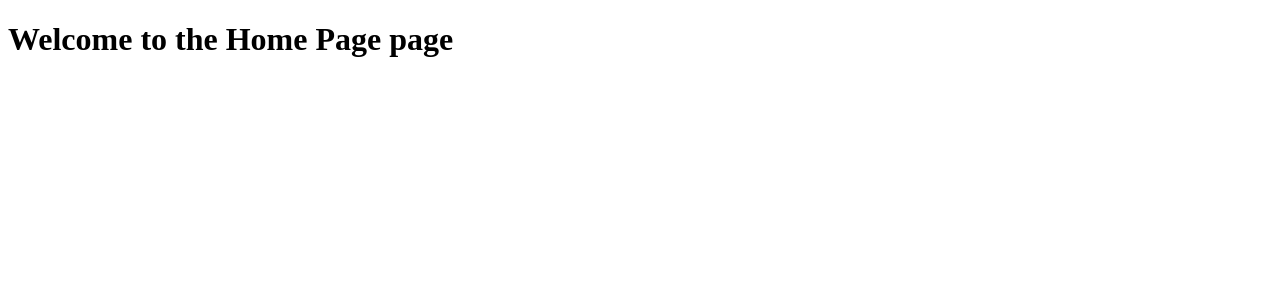
Repository: ClaytonRapiejko/RapiejkoPortfolio
Page: http://localhost/
The author's editor kept a copy of each file at every save. The page is drawn from the files as they stood at one save, then again after the next save.
The browser window is 1280 px wide. The pictures show the whole page.
The page is served by the project's Node server (server.js).

Above is the page before, as saved 2021-05-30 09:28:04.

After the next save:
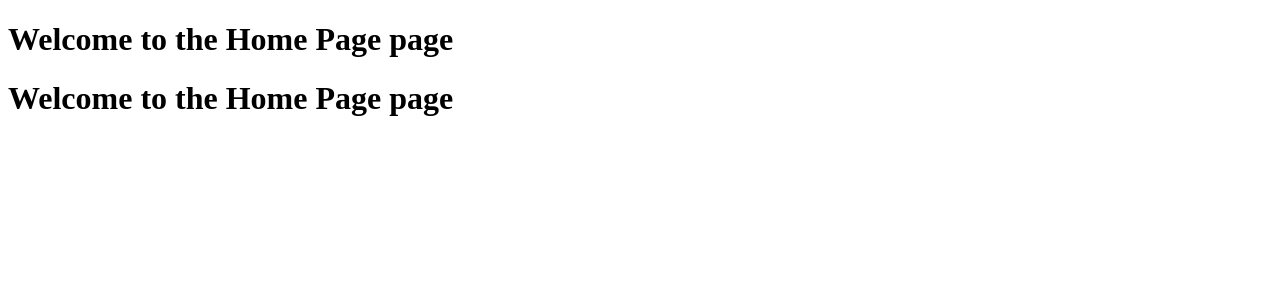
Saved 8 s later.
--- a/views/index.ejs
+++ b/views/index.ejs
@@ -7,6 +7,7 @@
   <title><%= title %></title>
 </head>
 <body>
+  <h1>Welcome to the <%= title %> page</h1>
 
 </body>
 </html>

After the 2 saves that followed:
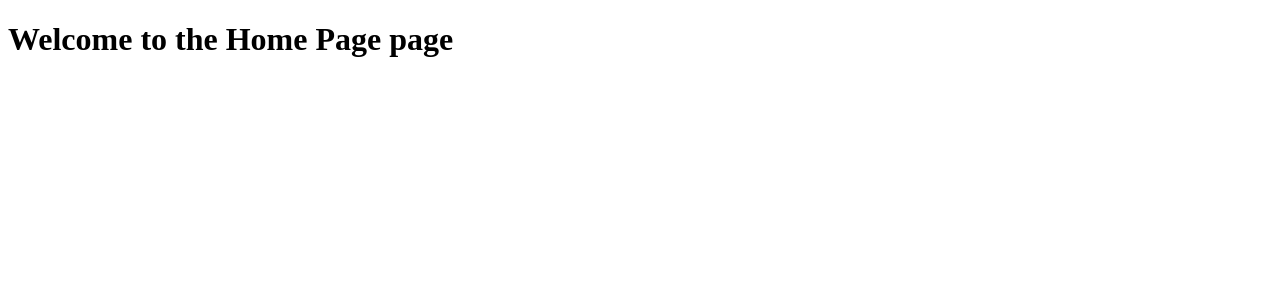
The 2 saves are shown as one change because 1 left the picture as it was.
The last was saved 18 s later.
--- a/views/index.ejs
+++ b/views/index.ejs
@@ -8,21 +8,7 @@
 </head>
 <body>
   <h1>Welcome to the <%= title %> page</h1>
+  <script src="/Scripts/app.js"></script>
 
 </body>
 </html>
-
-
-
-<!DOCTYPE html>
-<html>
-  <head>
-    <title><%= title %></title>
-    <link rel='stylesheet' href='/Content/app.css' />
-  </head>
-  <body>
-    <h1>Welcome to the <%= title %> page</h1>
-
-    <script src="/Scripts/app.js"></script>
-  </body>
-</html>
